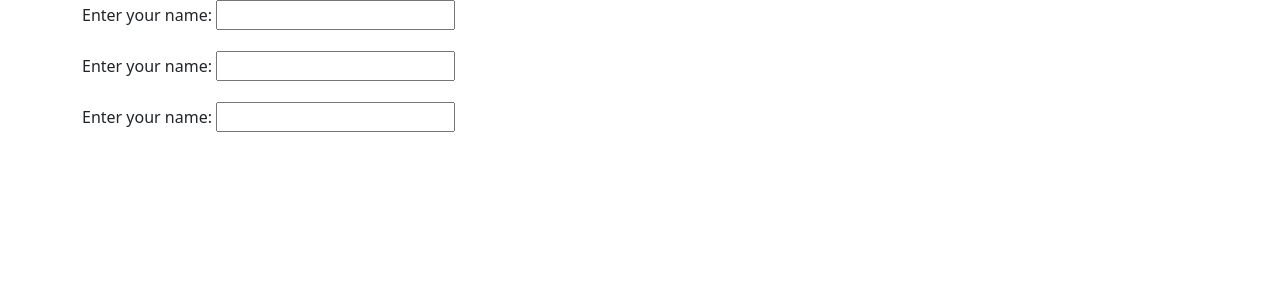
Repository: Abdulahi338/mp3-player-using-js
Page: Bootstrap/form.html
The author's editor kept a copy of each file at every save. The page is drawn from the files as they stood at one save, then again after the next save.
The browser window is 1280 px wide. The pictures show the whole page.

Above is the page before, as saved 2025-02-01 14:26:44.

### Bootstrap/form.html
<!DOCTYPE html>
<html lang="en">
<head>
    <meta charset="UTF-8">
    <meta name="viewport" content="width=device-width, initial-scale=1.0">
    <title>Document</title>
    <link href="https://cdn.jsdelivr.net/npm/bootstrap@5.0.2/dist/css/bootstrap.min.css" rel="stylesheet" integrity="sha384-EVSTQN3/azprG1Anm3QDgpJLIm9Nao0Yz1ztcQTwFspd3yD65VohhpuuCOmLASjC" crossorigin="anonymous">
</head>
<body>
    <div class="container my-10 bg-">
        <div class="col-6  my-10">
            <form action="">
                <div class="mb-3">
                    <label for="name" class="form-label">Enter your name:</label>
                    <input type="text" class="form_control" name="" id="">
                </div>
                <div class="mb-3">
                    <label for="name" class="form-label">Enter your name:</label>
                    <input type="text" class="form_control" name="" id="">
                </div>
                <div class="mb-3">
                    <label for="name" class="form-label">Enter your name:</label>
                    <input type="text" class="form_control" name="" id="">
                </div>

            </form>

        </div>
    </div>
    <script src="https://cdn.jsdelivr.net/npm/bootstrap@5.0.2/dist/js/bootstrap.bundle.min.js" integrity="sha384-MrcW6ZMFYlzcLA8Nl+NtUVF0sA7MsXsP1UyJoMp4YLEuNSfAP+JcXn/tWtIaxVXM" crossorigin="anonymous"></script>
</body>
</html>

After the next save:
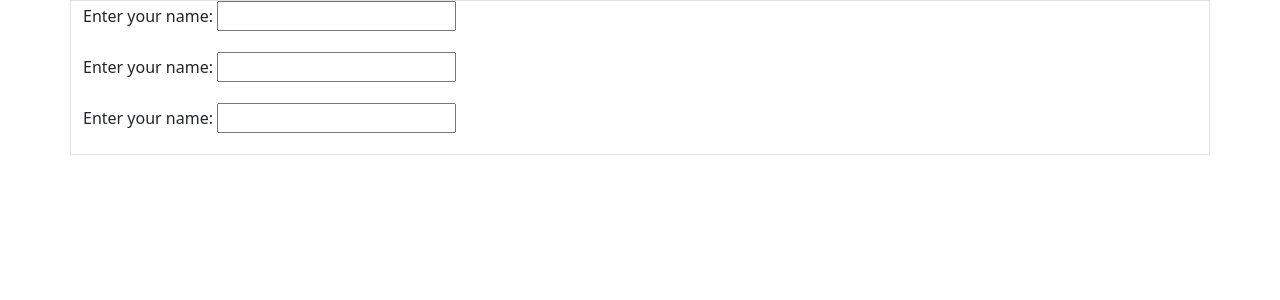
Saved 11 s later.
--- a/Bootstrap/form.html
+++ b/Bootstrap/form.html
@@ -7,7 +7,7 @@
     <link href="https://cdn.jsdelivr.net/npm/bootstrap@5.0.2/dist/css/bootstrap.min.css" rel="stylesheet" integrity="sha384-EVSTQN3/azprG1Anm3QDgpJLIm9Nao0Yz1ztcQTwFspd3yD65VohhpuuCOmLASjC" crossorigin="anonymous">
 </head>
 <body>
-    <div class="container my-10 bg-">
+    <div class="container my-10 bg-white border">
         <div class="col-6  my-10">
             <form action="">
                 <div class="mb-3">
